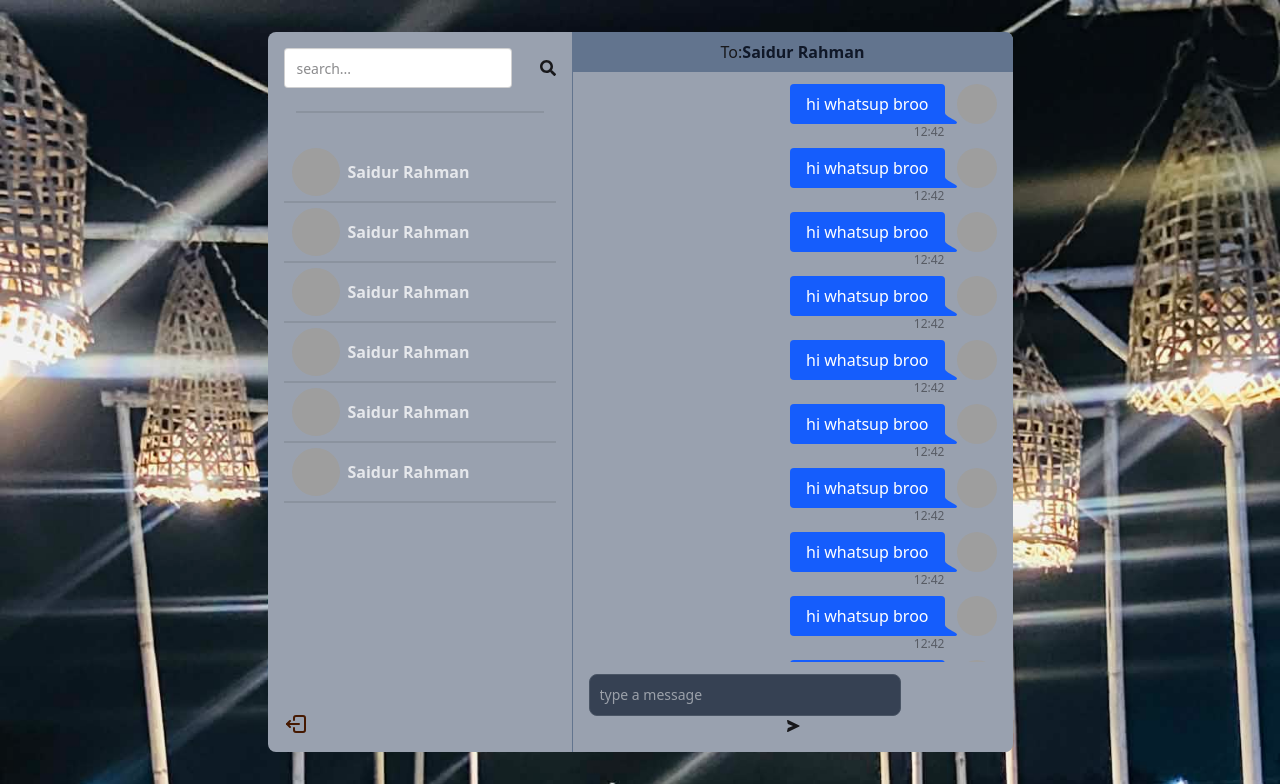
Repository: ridhukhan/chatapp
Page: / (app in frontend/)
These files come from the project's save history. The page is drawn as it stood at one moment and after the next save; the edit follows.
The browser window is 1280 px wide. The pictures show the whole page.
Pictures or frames that could not be fetched are drawn as grey boxes. An inner scrolling area shows only its first screen. Backgrounds fixed to the window are drawn as part of the page. The project was rebuilt for these pictures with package versions that can differ from the ones it lists, and the page was loaded fresh each time. Also part of the build but not shown: frontend/vite.config.js, frontend/src/Pages/login/Login.jsx, frontend/src/Pages/signup/GendarCheckbox.jsx, frontend/src/Pages/signup/SignUp.jsx.

Above is the page before, as saved 2025-12-25 19:16:18.

After the next save:
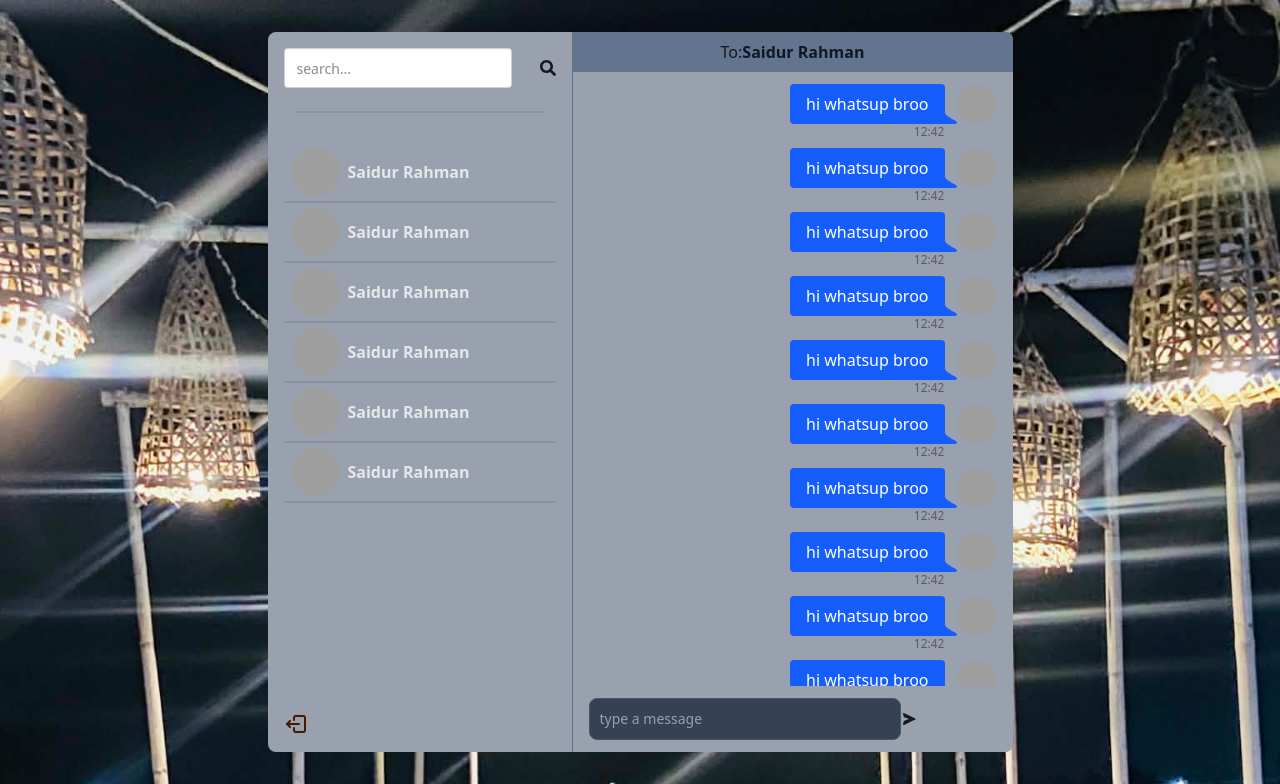
Saved 17 s later.
--- a/frontend/src/Components/messages/MessageInput.jsx
+++ b/frontend/src/Components/messages/MessageInput.jsx
@@ -4,7 +4,7 @@ const MessageInput = () => {
   return (
     <form className='px-4 my-3'>
 
-<div className='w-full'>
+<div className='w-full flex'>
 <input type="text" className='border text-sm rounded-lg block w-78 p-2.5 bg-gray-700 border-gray-600 text-white'
 placeholder='type a message'/>
 
